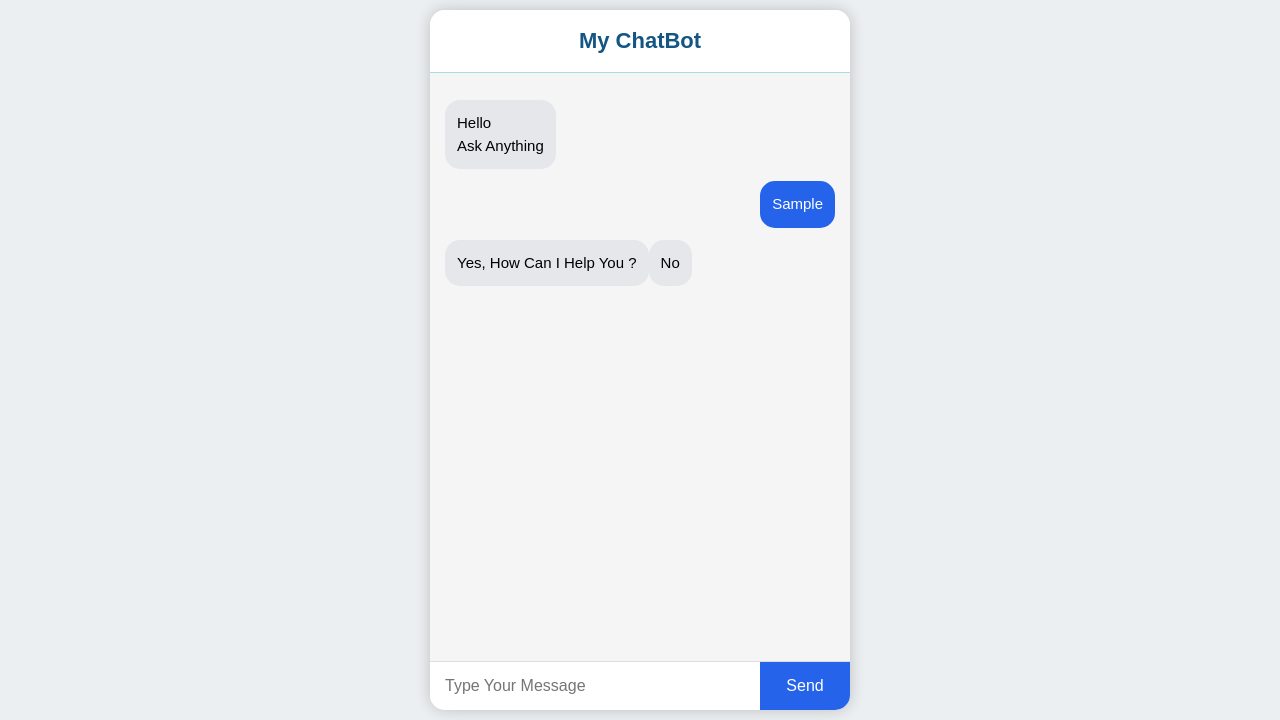
Repository: nt269782-web/Offline-ChatBot
Page: front.html
These files come from the project's save history. The page is drawn as it stood at one moment and after the next save; the edit follows.
The browser window is 1280 px wide. The pictures show the whole page.
Empty fields were first filled with sample values (such as "Sample", 5 or name@example.com).
After loading, the first visible `button` was clicked once.
The page's requests for data from a server got no answer.

Above is the page before, as saved 2026-07-11 11:32:44.

### front.html
<!DOCTYPE html>
<html lang="en">
<head>
    <meta charset="UTF-8">
    <meta name="viewport" content="width=device-width, initial-scale=1.0">
    <title>Document</title>
    <style>
        *{
            margin:0;
            padding:0;
        box-sizing:border-box;
        font-family:Arial,sans-serif;
        }

        body{
            background: #eceff1;
            display: flex;
            justify-content: center;
            align-items: center;
            height: 100vh;
        }
        .chat-container {
            width: 420px;
            height: 700px;
            overflow: hidden;
            display: flex;
            flex-direction: column;
            background:#fff;
            border-radius:15px;
            box-shadow:0 0 15px rgba(0,0,0,.2);


        }
        .header{
            background-color: rgb(255, 255, 255);
            color: #135683;
            text-align: center;
            font-size: 22px;
            font-weight: bold;
            padding: 18px;
            border-bottom: 1px solid #add;

        }


        .chat-box{
            flex: 1;
            overflow: auto;
            padding: 15px;
            background: #f5f5f5;



        }
        .message{
            display: flex;
            margin: 12px 0;

        }
        .bot{
            justify-content: flex-start;
        }

        .user{
            justify-content: flex-end;
        }



        .bubble{
            max-width: 75%;
            padding: 12px;
            border-radius: 15px;
            font-size: 15px;
            line-height: 1.5;
        }

        .bot .bubble{
            background:#e5e7eb;
            color:#000;
        }

        .user .bubble{
            background:#2563eb;
            color:#fff;
        }

        .input-area{
            display:flex;
            border-top:1px solid #ddd;
        }
        input{
            flex: 1;
            border: none;
            padding: 15px;
            outline: none;
            font-size: 16px;
        }

        button{
        width:90px;
        border:none;
        background:#2563eb;
        color:white;
        font-size:16px;
        cursor:pointer;
    }

        button:hover{
            background:#1d4ed8;
        }


    </style>
</head>

<body>
    <div class="chat-container">
        <div class="header">
            My ChatBot
        </div>

        <div class="chat-box" id="chatBox">
            <div class="message bot">
                <div class="bubble">
                    Hello <br>
                    Ask Anything

                </div>
            </div>
        </div>

    <div class="input-area">
        <input type="text" id="userInput" placeholder="Type Your Message">
        <button onclick="sendMessage()">Send</button>
    </div>




    <script src="Java.js"></script>
</div>
</body>
</html>

### Java.js
const chatBox = document.getElementById("chatBox");

function sendMessage() {

    let input = document.getElementById("userInput");
    let text = input.value.trim();

    if (text === "") return;

    // User Message
    chatBox.innerHTML += `
        <div class="message user">
            <div class="bubble">${text}</div>
        </div>
    `;

    input.value = "";
    chatBox.scrollTop = chatBox.scrollHeight;

    // Backend Request
    fetch("http://localhost:8080/chat", {
        method: "POST",
        headers: {
            "Content-Type": "application/json"
        },
        body: JSON.stringify({
            message: text
        })
    })
    .then(response => response.json())
    .then(data => {

        chatBox.innerHTML += `
            <div class="message bot">
                <div class="bubble">
                    ${data.reply}
                </div>
            </div>
        `;

        chatBox.scrollTop = chatBox.scrollHeight;

    })
    .catch(error => {

        chatBox.innerHTML += `
            <div class="message bot">
                <div class="bubble">
                    Yes,
                    How Can I Help You ?
                </div>
                <div class="bubble">
                    No
                </div>
            </div>
        `;

        console.error(error);

    });

}

document.getElementById("userInput").addEventListener("keypress", function (e) {
    if (e.key === "Enter") {
        sendMessage();
    }
});

After the next save:
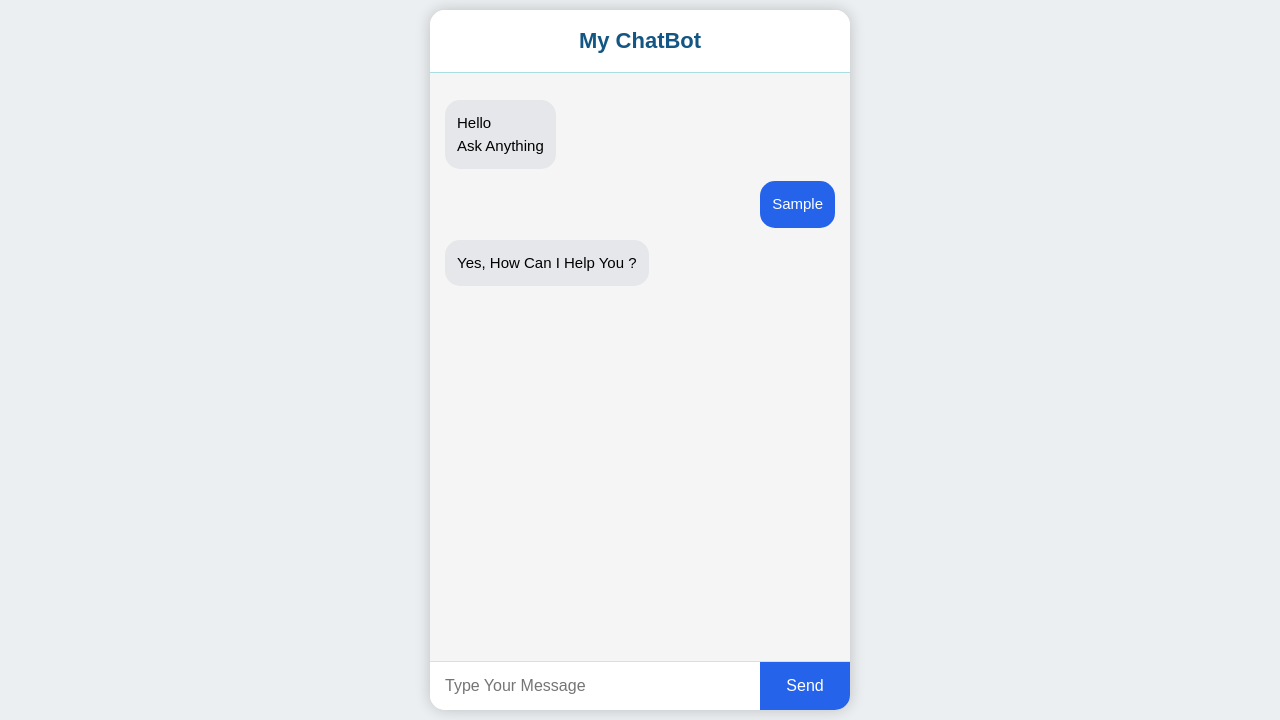
Saved 35 s later.
--- a/Java.js
+++ b/Java.js
@@ -49,9 +49,7 @@ function sendMessage() {
                     Yes,
                     How Can I Help You ?
                 </div>
-                <div class="bubble">
-                    No
-                </div>
+
             </div>
         `;
 
